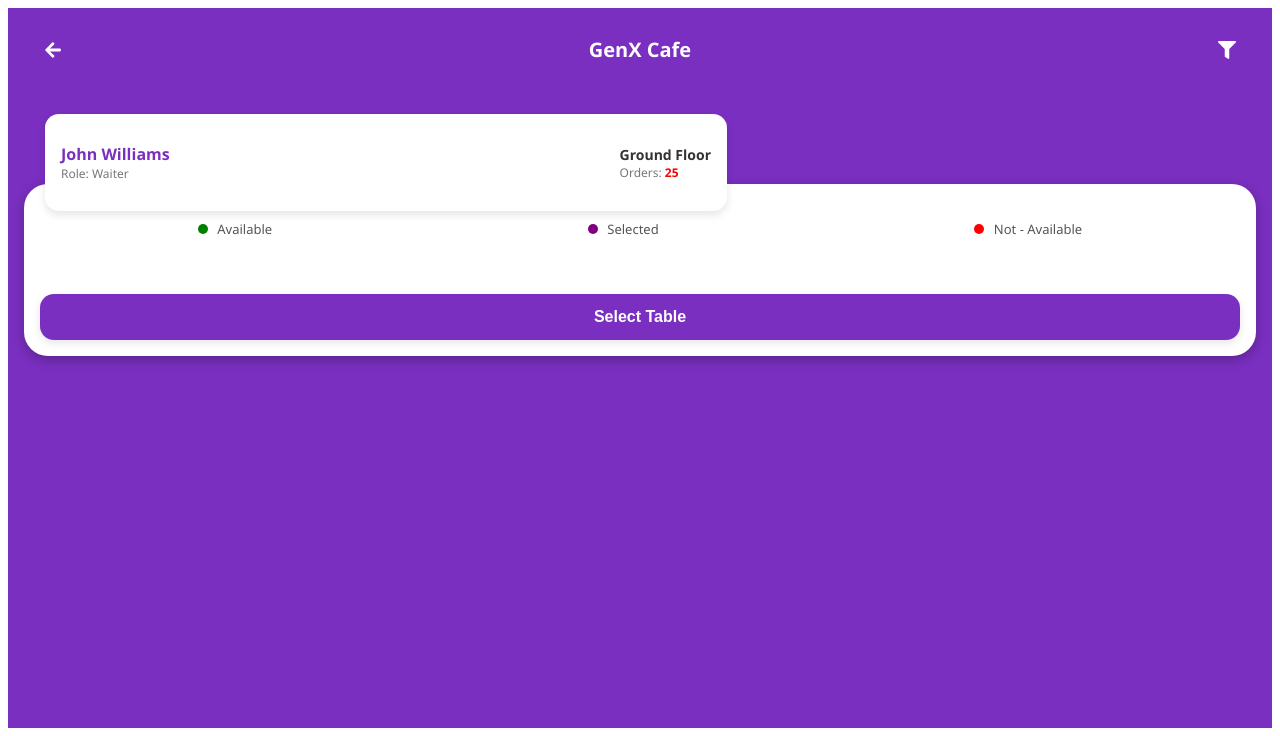
Repository: rajeshwaranslv/sturdy-spork-genx-frontend
Page: /
The author's editor kept a copy of each file at every save. The page is drawn from the files as they stood at one save, then again after a run of saves.
The browser window is 1280 px wide. The pictures show the whole page.
The page's requests for data from a server got no answer. The project was rebuilt for these pictures with package versions that can differ from the ones it lists, and the page was loaded fresh each time. No one was signed in, and anything a server would have sent is missing. Also part of the build but not shown: src/components/MenuSelection.js, src/components/OrderReview.js, src/components/Billing.js, src/components/Success.js.

Above is the page before, as saved 2025-07-15 10:19:02.

### src/App.js
import React from 'react';
import { BrowserRouter as Router, Route, Switch } from 'react-router-dom';
import TableSelection from './components/TableSelection';
import MenuSelection from './components/MenuSelection';
import OrderReview from './components/OrderReview';
import Billing from './components/Billing';
import Success from './components/Success';

export default function App() {
  return (
    <Router>
      <Switch>
        <Route exact path="/" component={TableSelection} />
        <Route path="/menu/:tableId" component={MenuSelection} />
   <Route path="/orders/:orderId" component={OrderReview} />

        <Route path="/billing/:orderId" component={Billing} />
        <Route path="/success" component={Success} />
      </Switch>
    </Router>
  );
}

### src/components/TableSelection.js
import React, { useEffect, useState } from 'react';
import { getTables } from '../services/api';
import { withRouter } from 'react-router-dom';
import { FaArrowLeft, FaFilter } from 'react-icons/fa';
import './style.css';

function TableSelection({ history }) {
  const [tables, setTables] = useState([]);
  const [selectedTableId, setSelectedTableId] = useState(null);

  const waiter = {
    name: 'John Williams',
    role: 'Waiter',
    floor: 'Ground Floor',
    orders: 25,
  };

  useEffect(() => {
    getTables()
      .then((res) => setTables(res.data))
      .catch((err) => console.error('Failed to fetch tables', err));
  }, []);

  const handleTableClick = (id, status) => {
    if (status === 'available') {
      setSelectedTableId(id === selectedTableId ? null : id); // Toggle
    }
  };

  const handleSelectTable = () => {
    if (selectedTableId) {
      history.push(`/menu/${selectedTableId}`);
    }
  };

  return (
    <div className="container-fluid">
      <div className="header-bar">
        <FaArrowLeft className="icon" onClick={() => history.goBack()} />
        <h2>GenX Cafe</h2>
        <FaFilter className="icon" />
      </div>

      <div className="waiter-card">
        <div className="waiter-left">
          <strong className="waiter-name">{waiter.name}</strong>
          <div className="waiter-role">Role: {waiter.role}</div>
        </div>
        <div className="waiter-right">
          <div className="floor-label">{waiter.floor}</div>
          <div className="orders-count">
            Orders: <span className="order-red">{waiter.orders}</span>
          </div>
        </div>
      </div>

      <div className="table-section">
        <div className="legend-row">
          <div><span className="legend-dot green" /> Available</div>
          <div><span className="legend-dot purple" /> Selected</div>
          <div><span className="legend-dot red" /> Not - Available</div>
        </div>

        <div className="table-grid">
          {tables.map((table) => {
            const isSelected = selectedTableId === table.id;
            const statusClass =
              table.status === 'available'
                ? isSelected
                  ? 'selected'
                  : 'available'
                : 'occupied';

            return (
              <button
                key={table.id}
                className={`table-btn ${statusClass}`}
                onClick={() => handleTableClick(table.id, table.status)}
                disabled={table.status === 'occupied'}
              >
                Table {table.id.toString().padStart(2, '0')}
              </button>
            );
          })}
        </div>
              <button
        className="select-btn"
        onClick={handleSelectTable}
        disabled={!selectedTableId}
      >
        Select Table
      </button>
      </div>


    </div>
  );
}

export default withRouter(TableSelection);

### src/services/api.js
import axios from 'axios';

const API = axios.create({
  baseURL: 'http://localhost:3001/',
});

export const getTables = () => API.get('/tables');
export const getTableDetails = (id) => API.get(`/tables/${id}`);
export const getFoodItems = () => API.get('/foodItems');

export const placeOrder = (data) => API.post('/orders', data);
export const updateOrderItemStatus = (id, payload) => API.patch(`/orders/${id}`, payload);
export const getOrder = (id) => API.get(`/orders/${id}`);
export const generateBill = (data) => API.post('/bills', data);

// ✅ NEW: Update table status
export const updateTableStatus = (id, payload) => API.patch(`/tables/${id}`, payload);

### src/components/style.css
.container-fluid {
  background: #7a2fc0;
  min-height: 100vh;
  padding: 16px;
  box-sizing: border-box;
  font-family: 'Segoe UI', sans-serif;
}

/* Header Bar */
.header-bar {
  display: flex;
  justify-content: space-between;
  align-items: center;
  background: #7a2fc0;
  padding: 12px 20px;
  border-radius: 20px;
  color: white;
  margin-bottom: 12px;
}

.header-bar h2 {
  margin: 0;
  font-size: 20px;
}

.icon {
  color: white;
  font-size: 18px;
  cursor: pointer;
}

/* Waiter Info Card */
.waiter-card {
    background: white;
    box-shadow: 0 4px 8px rgba(0,0,0,0.1);
    border-radius: 14px;
    padding: 11px 20px;
    margin-top: -32px;
    display: flex;
    justify-content: space-between;
    align-items: center;
    width: 95%;
    position: relative;
    top: 27px;
    height: 73px;
    left: 21px;
}

.waiter-name {
  color: #7a2fc0;
  font-size: 16px;
  font-weight: 600;
}

.waiter-role {
  font-size: 12px;
  color: #777;
}

.floor-label {
  font-size: 13px;
  font-weight: 600;
  color: #333;
}

.orders-count {
  font-size: 12px;
  color: #777;
}

.order-red {
  color: red;
  font-weight: bold;
}

/* Legend */
.legend-row {
  display: flex;
  justify-content: space-around;
  margin: 20px 0 12px;
  font-size: 13px;
  color: #555;
}

.legend-dot {
  width: 10px;
  height: 10px;
  border-radius: 50%;
  display: inline-block;
  margin-right: 6px;
}

.legend-dot.green {
  background-color: green;
}

.legend-dot.purple {
  background-color: purple;
}

.legend-dot.red {
  background-color: red;
}

/* Table Section Wrapper (NEW) */
.table-section {
  background: #fff;
  padding: 16px;
  border-radius: 24px;
  box-shadow: 0 4px 12px rgba(0, 0, 0, 0.258);
}

/* Grid for Table Buttons */
.table-grid {
  display: grid;
  grid-template-columns: repeat(2, 1fr);
  gap: 14px;
  padding: 10px 0;
}

/* Table Buttons */
.table-btn {
  padding: 16px 0;
  border-radius: 14px;
  font-size: 16px;
  font-weight: bold;
  cursor: pointer;
  border: 2px solid transparent;
  transition: all 0.2s ease-in-out;
  width: 100%;
}

.table-btn.available {
  color: green;
  border-color: green;
  background-color: white;
}

.table-btn.available:hover {
  background-color: #f0fff0;
}

.table-btn.selected {
  background-color: #7a2fc0;
  color: white;
  border-color: #7a2fc0;
}

.table-btn.occupied {
  background-color: red;
  color: white;
  cursor: not-allowed;
}

/* Select Table Button */
.select-btn {
  width: 100%;
  padding: 14px;
  margin-top: 24px;
  border-radius: 14px;
  border: none;
  background-color: #7a2fc0;
  color: white;
  font-size: 16px;
  font-weight: bold;
  cursor: pointer;
  box-shadow: 0 3px 8px rgba(0,0,0,0.1);
}

.select-btn:hover {
  background-color: #6926b2;
}
.table-btn.selected {
  background-color: #7a2fc0;
  color: white;
  border: 2px solid #7a2fc0;
}

/* menu */
.menu-grid {
  display: grid;
  grid-template-columns: repeat(2, 1fr);
  gap: 14px;
  margin-top: 16px;
}

.menu-card {
  background: #fff;
  padding: 12px;
  border-radius: 14px;
  box-shadow: 0 4px 10px rgba(0,0,0,0.1);
  text-align: center;
  transition: all 0.3s ease;
  border: 2px solid transparent;
}

.menu-card.selected {
  border: 2px solid #7a2fc0;
  background-color: #f3e8ff;
}

.menu-card img {
  width: 80px;
  height: 80px;
  border-radius: 10px;
  object-fit: cover;
}

.menu-card h4 {
  margin: 8px 0 4px;
  font-size: 16px;
  color: #333;
}

.menu-card .desc {
  font-size: 12px;
  color: #777;
  height: 32px;
  overflow: hidden;
}

.menu-card button {
  background-color: #7a2fc0;
  color: white;
  border: none;
  border-radius: 8px;
  padding: 6px 12px;
  margin-top: 8px;
  font-size: 13px;
  cursor: pointer;
}

.menu-card button:hover {
  background-color: #6920a4;
}

.footer-btn {
  width: 100%;
  margin-top: 20px;
  padding: 12px;
  background-color: #7a2fc0;
  color: white;
  border: none;
  border-radius: 12px;
  font-size: 16px;
  font-weight: bold;
  cursor: pointer;
}

.footer-btn:disabled {
  background-color: #ccc;
  cursor: not-allowed;
}

/* Reuse waiter card styles from TableSelection */

.waiter-card {
  background: white;
  box-shadow: 0 4px 8px rgba(0,0,0,0.1);
  border-radius: 14px;
  padding: 12px 16px;
  margin-top: 12px;
  display: flex;
      width:650px;
  justify-content: space-between;
  align-items: center;
}

.waiter-name {
  color: #7a2fc0;
  font-size: 16px;
}

.waiter-role {
  font-size: 12px;
  color: #777;
}

.floor-label {
  font-size: 14px;
  font-weight: bold;
}

.orders-count {
  font-size: 12px;
  color: #777;
}

.order-red {
  color: red;
  font-weight: bold;
}

.header-bar {
  display: flex;
  justify-content: space-between;
  align-items: center;
  background: #7a2fc0;
  padding: 12px 20px;
  border-radius: 20px;
  color: white;
}

.header-bar h2 {
  margin: 0;
  font-size: 20px;
}

.icon {
  color: white;
  font-size: 18px;
  cursor: pointer;
}
/* order */
.order-list {
  margin-top: 20px;
  display: flex;
  flex-direction: column;
  gap: 14px;
}

.item-row {
  display: flex;
  justify-content: space-between;
  align-items: center;
  background: white;
  padding: 42px 52px;
  border-radius: 14px;
  /* box-shadow: 0 4px 10px rgba(0,0,0,0.08); */
  transition: 0.3s ease;
}

.item-info strong {
  font-size: 15px;
  color: #333;
}

.item-info p {
  font-size: 13px;
  margin-top: 4px;
  color: #777;
}

.item-status {
  display: flex;
  flex-direction: column;
  align-items: center;
  gap: 4px;
}

.custom-switch .ant-switch-checked {
  background-color: #7a2fc0 !important;
}

.status-label {
  font-size: 12px;
  font-weight: bold;
  text-transform: capitalize;
}

.status-label.served {
  color: green;
}

.status-label.ordered {
  color: orange;
}

/* Reuse existing purple button style */
.footer-btn {
  width: 100%;
  margin-top: 24px;
  padding: 14px;
  border-radius: 12px;
  border: none;
  background-color: #7a2fc0;
  color: white;
  font-size: 16px;
  font-weight: bold;
  cursor: pointer;
}

.footer-btn:disabled {
  background-color: #ccc;
  cursor: not-allowed;
}
/* success */
.success-page {
  text-align: center;
  margin-top: 50px;
}

.checkmark-circle {
  width: 200px;
  height: 200px;
  margin: 0 auto 20px;
  border-radius: 50%;
  background-color: #7a2fc0;
  position: relative;
  animation: popCircle 0.5s ease-out;
}

.checkmark {
  position: absolute;
  top: 30%;
  left: 40%;
  width: 30px;
  height: 60px;
  border-right: 5px solid white;
  border-bottom: 5px solid white;
  transform: rotate(45deg) scale(0);
  animation: drawCheck 0.4s 0.3s ease forwards;
}

@keyframes popCircle {
  0% {
    transform: scale(0.7);
    opacity: 0;
  }
  100% {
    transform: scale(1);
    opacity: 1;
  }
}

@keyframes drawCheck {
  to {
    transform: rotate(45deg) scale(1);
  }
}
/* Responsive Tweaks */
@media (max-width: 768px) {
  .container {
    padding: 12px;
  }

  .header-bar {
    flex-direction: row;
    padding: 10px 16px;
    border-radius: 16px;
  }

  .header-bar h2 {
    font-size: 18px;
  }

  .waiter-card {
  background: white;
    box-shadow: 0 4px 8px rgba(0,0,0,0.1);
    border-radius: 14px;
    padding: 11px 20px;
    margin-top: -32px;
    display: flex;
    justify-content: space-between;
    align-items: center;
    width: 444px;
    position: relative;
    top: 27px;
    height: 73px;
    left: 21px;
    flex-direction: column;
    align-items: flex-start;
    gap: 6px;
  }

  .legend-row {
    flex-direction: column;
    align-items: center;
    gap: 8px;
    font-size: 12px;
  }

  .table-grid {
    grid-template-columns: 1fr;
    gap: 12px;
  }

  .menu-grid {
    grid-template-columns: 1fr;
  }

  .menu-card img {
    width: 70px;
    height: 70px;
  }

  .menu-card h4 {
    font-size: 14px;
  }

  .menu-card .desc {
    font-size: 11px;
    height: auto;
  }

  .footer-btn {
    font-size: 14px;
    padding: 12px;
  }

  .item-row {
    flex-direction: column;
    align-items: flex-start;
    gap: 10px;
  }

  .item-status {
    flex-direction: row;
    justify-content: space-between;
    width: 100%;
  }

  .checkmark-circle {
    width: 120px;
    height: 120px;
  }

  .checkmark {
    top: 30%;
    left: 35%;
    width: 20px;
    height: 40px;
    border-right: 4px solid white;
    border-bottom: 4px solid white;
  }

  .success-page h2 {
    font-size: 18px;
  }
}

@media (min-width: 769px) and (max-width: 1024px) {
  .table-grid {
    grid-template-columns: repeat(3, 1fr);
  }

  .menu-grid {
    grid-template-columns: repeat(2, 1fr);
  }
}

/* billing */
.qty-btn {
  background-color: #7a2fc0;
  color: white;
  border: none;
  border-radius: 6px;
  padding: 4px 10px;
  font-size: 16px;
  font-weight: bold;
  cursor: pointer;
  transition: background-color 0.2s ease;
}

.qty-btn:hover {
  background-color: #6926b2;
}

Loaded but not shown: public/index.html (common file); src/index.js (common file)

After the next 2 saves:
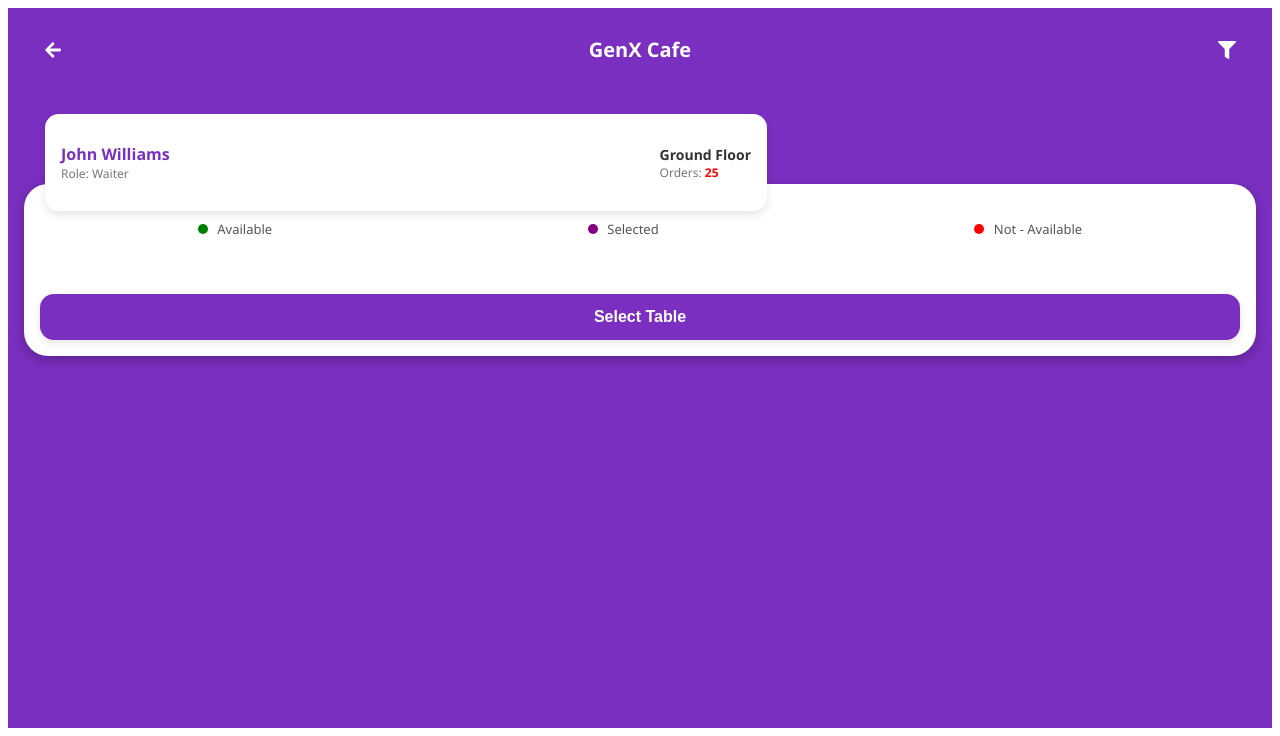
The 2 saves are shown as one change because they came seconds apart.
The last was saved 7 s later.
--- a/src/components/style.css
+++ b/src/components/style.css
@@ -261,7 +261,7 @@
   padding: 12px 16px;
   margin-top: 12px;
   display: flex;
-      width:650px;
+      width:690px;
   justify-content: space-between;
   align-items: center;
 }
